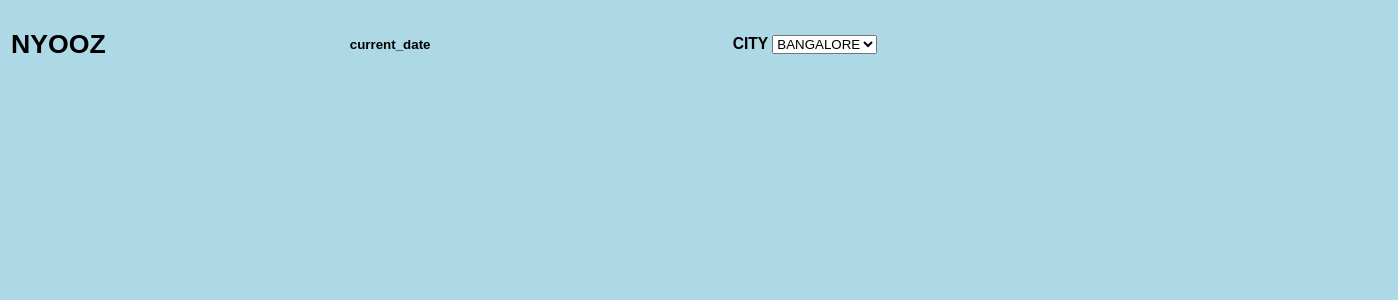
Repository: rsud2253/nyooz
Page: html_play/nyooz_home/index.html
The author's editor kept a copy of each file at every save. The page is drawn from the files as they stood at one save, then again after the next save.
The browser window is 1280 px wide. The page is 1280 px wide, then 1398 px, so the pictures cover 1398 px, including what lies to the right of the window. The pictures show the whole page.

Above is the page before, as saved 2012-07-21 06:52:16.

After the next save:
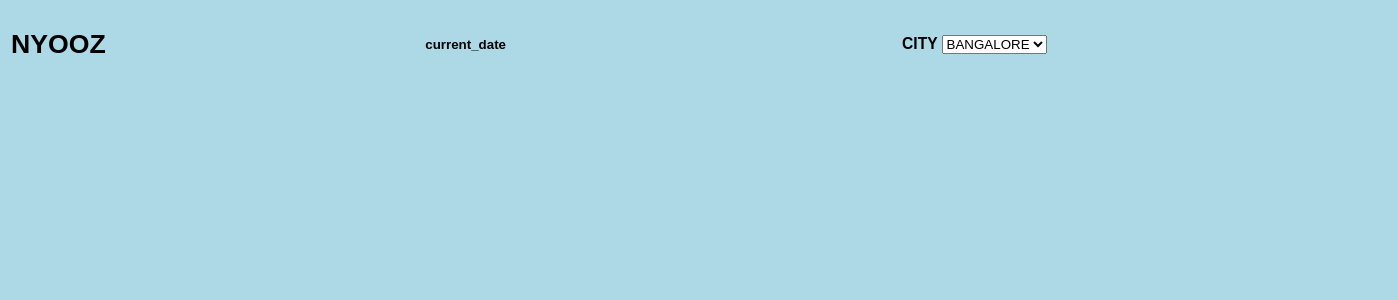
Saved 14 s later.
--- a/html_play/nyooz_home/index.html
+++ b/html_play/nyooz_home/index.html
@@ -10,7 +10,7 @@
         </style>
     </head>
     <body style="background-color: lightblue">
-    	<table border="0" width="90%" >
+    	<table border="0" width="110%" >
     		<tr>
     			<td align="left" >
     				<h1 style=>NYOOZ</h1>
